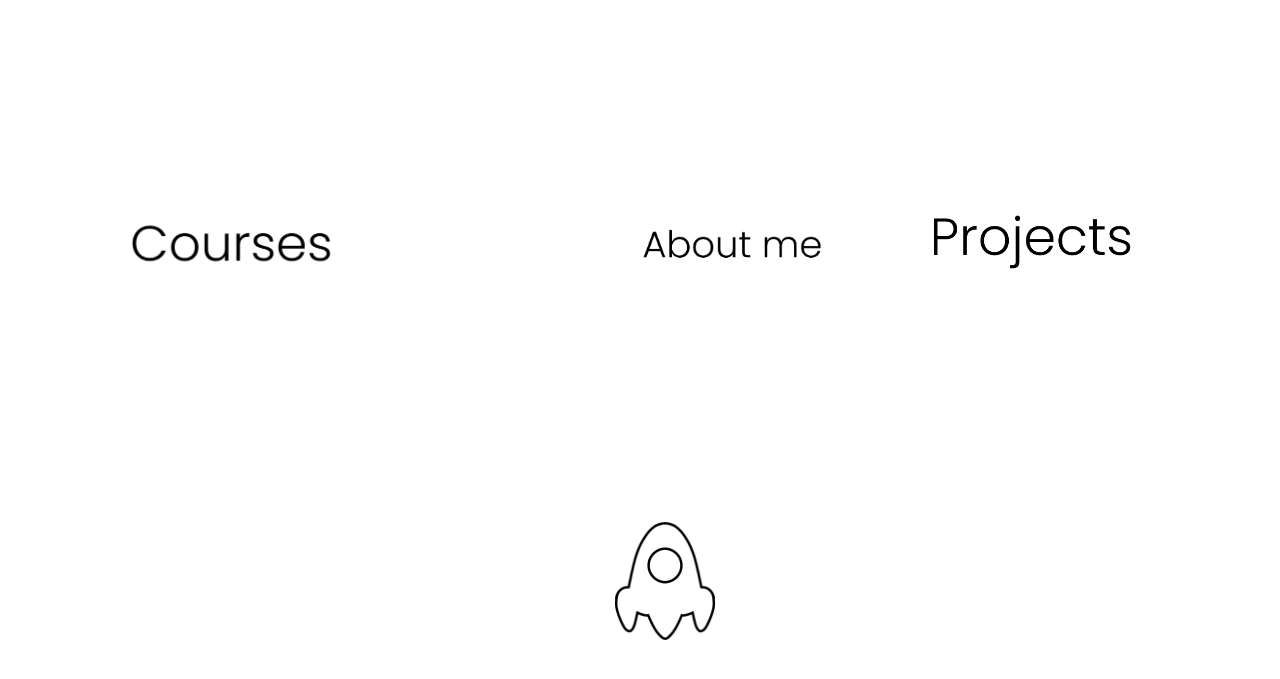
Repository: notMaximilian/maximilianaquino.github.io
Page: index.html
The author's editor kept a copy of each file at every save. The page is drawn from the files as they stood at one save, then again after the next save.
The browser window is 1280 px wide. The pictures show the whole page.

Above is the page before, as saved 2022-02-01 21:49:24.

After the next save:
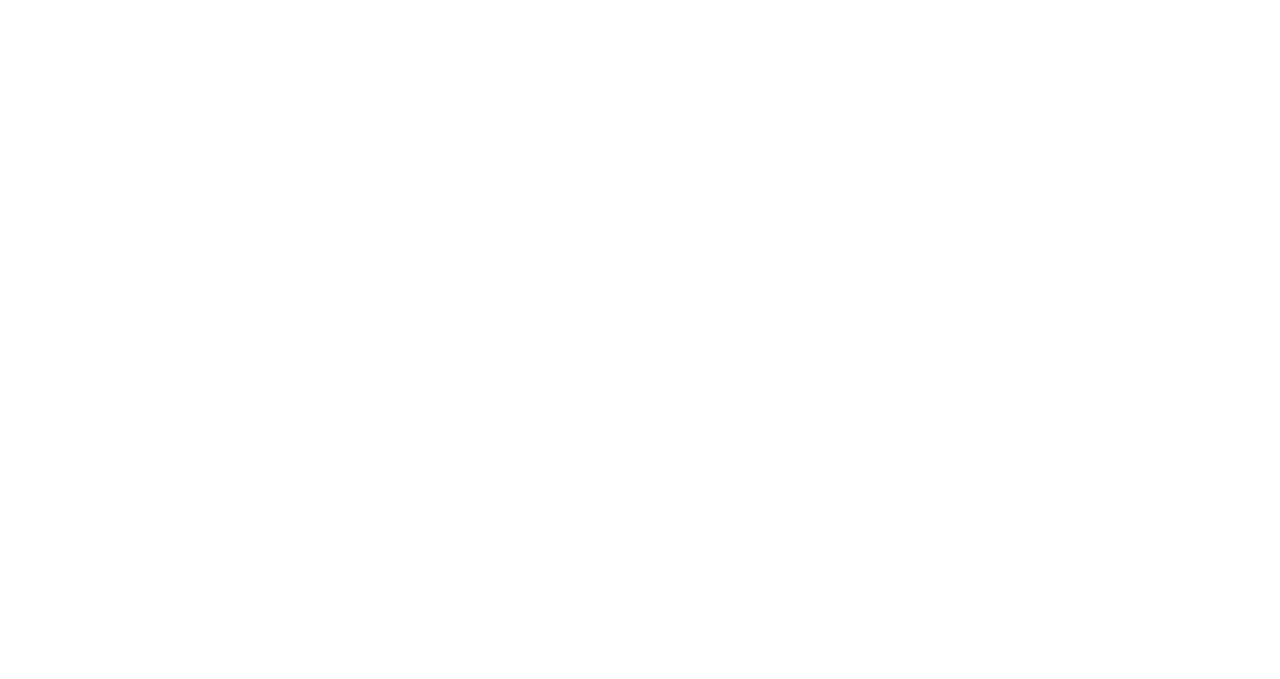
Console error: ReferenceError: createRocket is not defined
Saved 5 min 54 s later.
--- a/js/app.js
+++ b/js/app.js
@@ -73,17 +73,7 @@ function rand(min, max) {
     // return min + Math.random() * (max - min);
   }
 
-function createRocket($container) {
-    GAME_STATE.rocketX = GAME_WIDTH / 2;
-    GAME_STATE.rocketY = GAME_HEIGHT - 200;
-    const $rocket = document.createElement("img");
-
-    $rocket.src = "img/rocket.png";
-    $rocket.className = "rocket";
-    $container.appendChild($rocket);
-    setPosition($rocket, GAME_STATE.rocketX, GAME_STATE.rocketY);
-    setSize($rocket, 100)
-}
+
 
   function destroyRocket($container, rocket) {
     $container.removeChild(rocket);

After the 2 saves that followed:
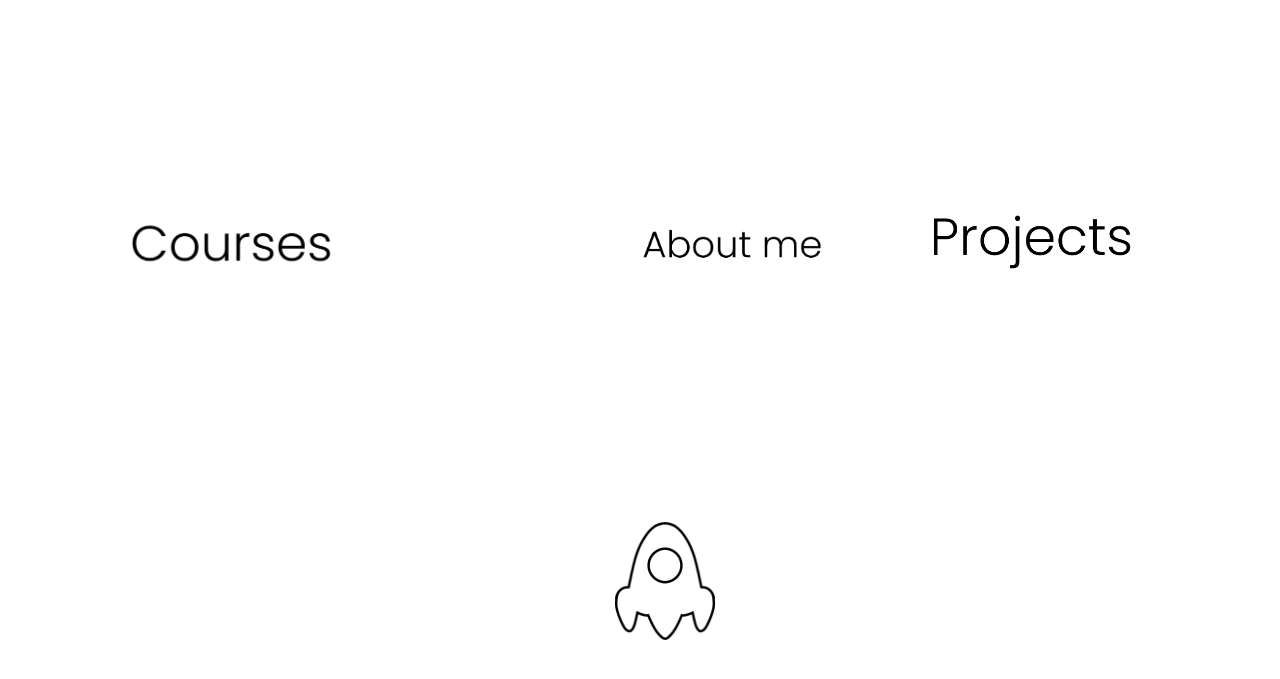
The error is gone.
The 2 saves are shown as one change because they came seconds apart.
The last was saved 7 s later.
--- a/js/app.js
+++ b/js/app.js
@@ -22,6 +22,20 @@ const coords = [
     {x: (GAME_WIDTH / 2)  , y: (GAME_HEIGHT - 580)},
     {x: (GAME_WIDTH / 2) - 1000, y: (GAME_HEIGHT - 580)}
 ]
+
+
+function createRocket($container) {
+    GAME_STATE.rocketX = GAME_WIDTH / 2;
+    GAME_STATE.rocketY = GAME_HEIGHT - 200;
+    const $rocket = document.createElement("img");
+
+    $rocket.src = "img/rocket.png";
+    $rocket.className = "rocket";
+    $container.appendChild($rocket);
+    setPosition($rocket, GAME_STATE.rocketX, GAME_STATE.rocketY);
+    setSize($rocket, 100)
+}
+
 
 const GAME_STATE = {
     lastTime: Date.now(),
